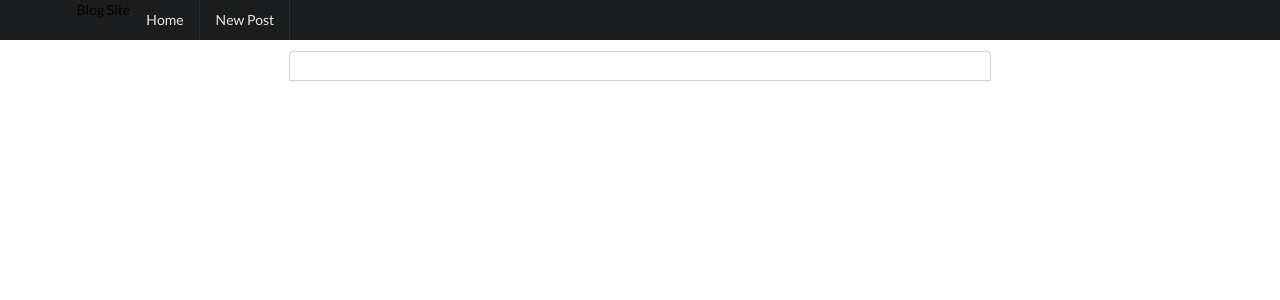
Repository: N-Verma/Webdev-Backend-
Page: http://localhost/blogs
The author's editor kept a record of every edit. The page is drawn from the files as they stood at one moment, then again after the next edit.
The browser window is 1280 px wide. The pictures show the whole page.
The page is served by the project's Node server (BlogApp/app.js). Queries for data that is not in the repository find no rows.

Above is the page before.

After the next edit:
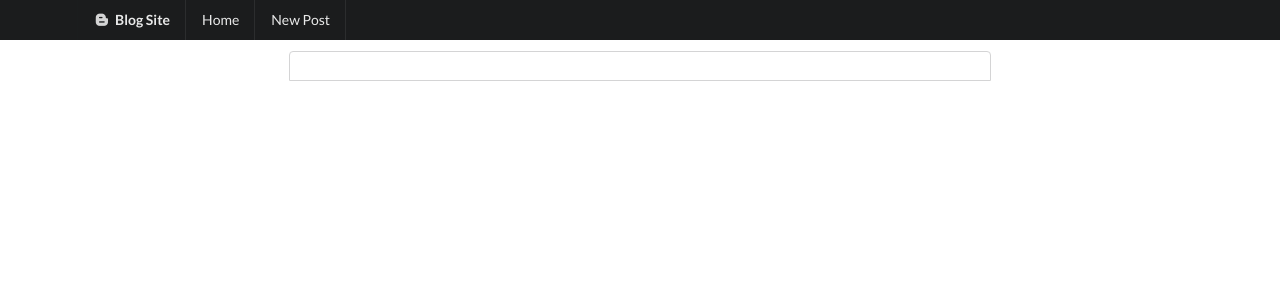
The edit:
--- a/Web dev (backend)/environment/BlogApp/views/partials/header.ejs
+++ b/Web dev (backend)/environment/BlogApp/views/partials/header.ejs
@@ -7,7 +7,7 @@
     <body>
         <div class="ui fixed inverted menu">
           <div class="ui container">
-              <div class="header-item">Blog Site</div>
+              <div class="header item"><i class="blogger b icon"></i>Blog Site</div>
               <a href="/" class="item">Home</a>
               <a href="/blogs/new" class="item">New Post</a>
           </div>
